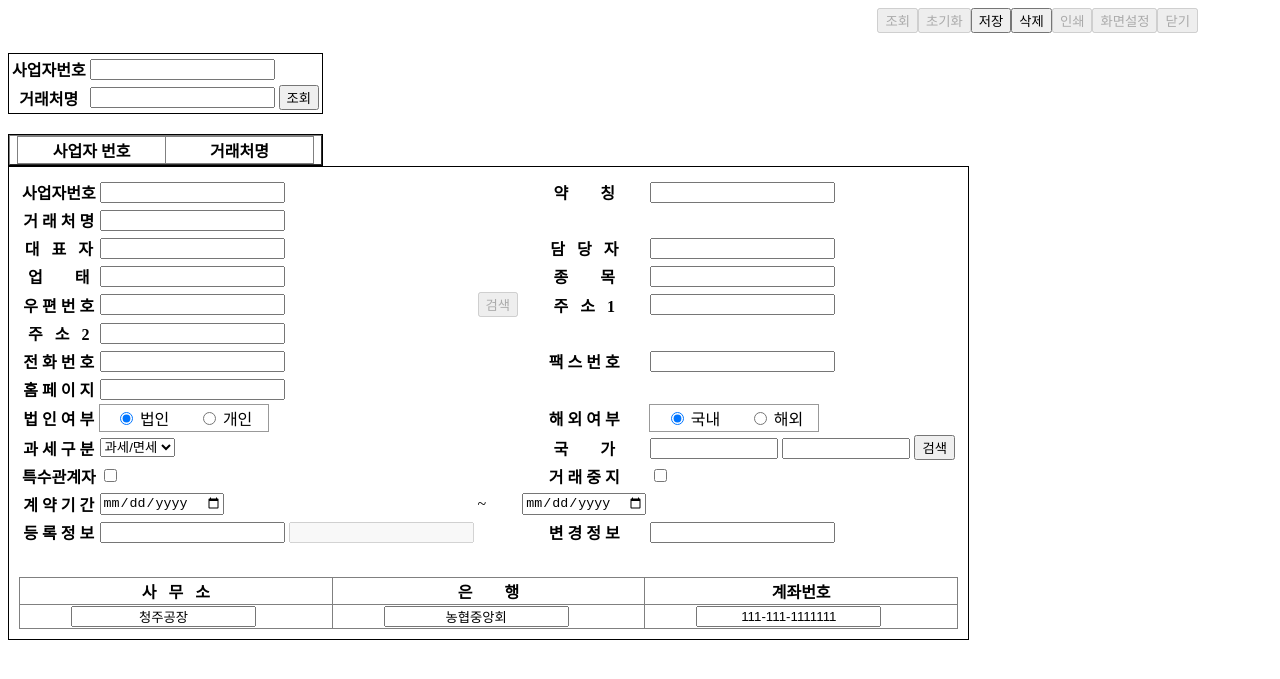
Repository: Chocobe/-practice-FrontSide-Tip
Page: http://localhost/wishTestProject/views/accountManager/accountManagerView.jsp
An editor plug-in stored every save of this project. The page is shown before and after the next save, followed by the edit.
The browser window is 1280 px wide. The pictures show the whole page.
The page is served by Tomcat 9. Nobody is signed in. The application's start-up code is not run.

Above is the page before, as saved 2020-02-27 02:44:26.

After the next save:
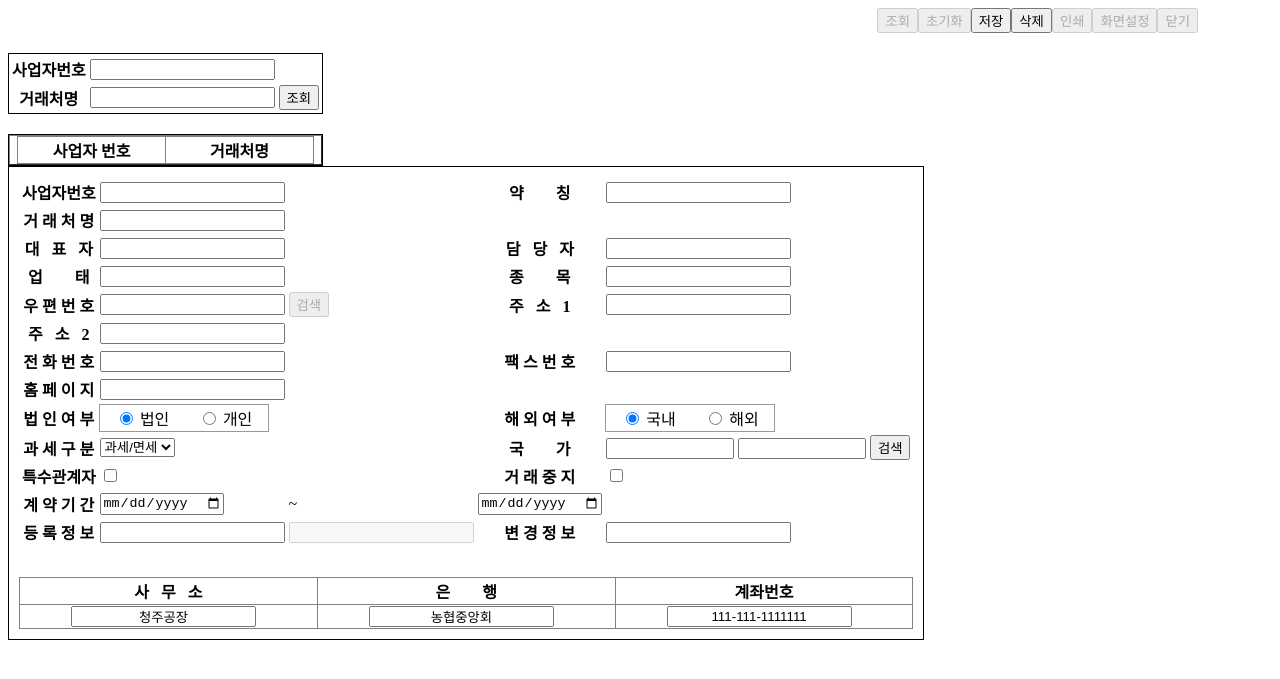
Saved 2 min 4 s later.
--- a/wishTest/wishTestProject/WebContent/views/accountManager/accountManagerView.jsp
+++ b/wishTest/wishTestProject/WebContent/views/accountManager/accountManagerView.jsp
@@ -296,10 +296,11 @@
 
                             <td>
                                 <input type="text" name="voRegiInfoMan" class="voRegiInfoMan">
-                                <input type="text" name="voRegiInfoDate" class="voRegiInfoDate" disabled>
-                            </td>
-
-                            <td></td>
+                            </td>
+
+                            <td>
+                            	<input type="text" name="voRegiInfoDate" class="voRegiInfoDate" disabled>
+                            </td>
 
                             <th>변 경 정 보</th>
 
